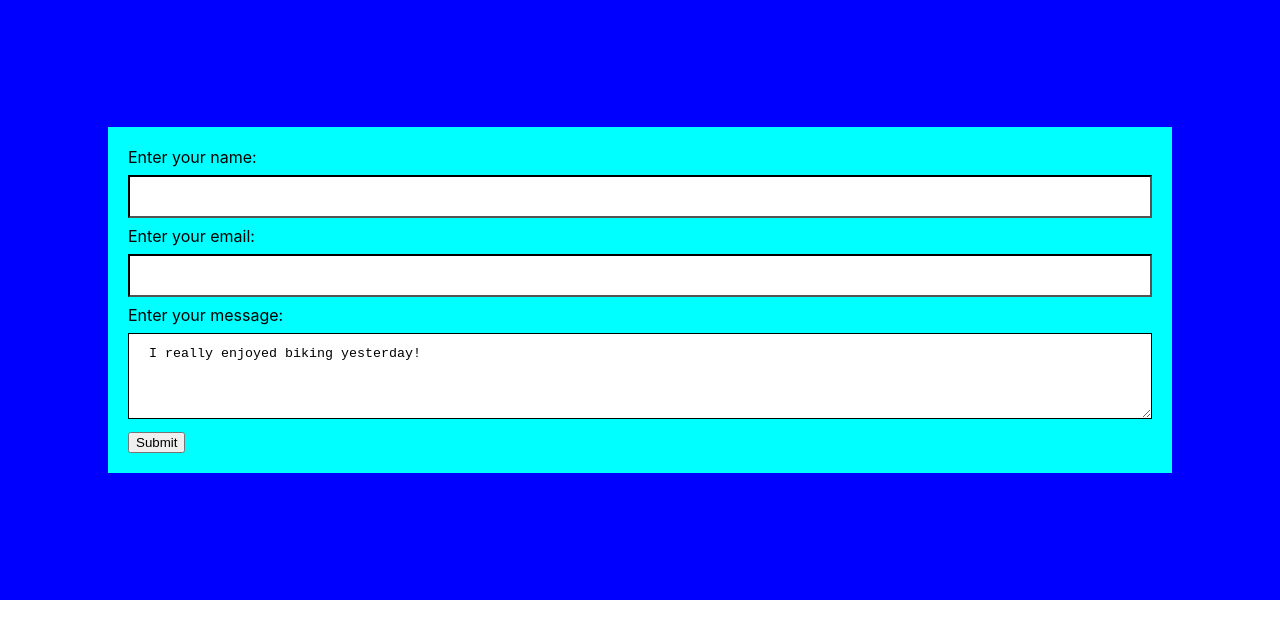
Repository: AddamVictorioDev/ProfileWebsite
Page: /form (app in con/)
These files come from the project's save history. The page is drawn as it stood at one moment and after the next save; the edit follows.
The browser window is 1280 px wide. The pictures show the whole page.
The project was rebuilt for these pictures with package versions that can differ from the ones it lists, and the page was loaded fresh each time. Also part of the build but not shown: con/src/App.css, con/src/home.css, con/src/home.js, con/src/addam.css, con/src/addam.js, con/src/usescripts.js, con/src/projects.js.

Above is the page before, as saved 2023-03-16 18:52:12.

### con/src/index.css
body {
  margin: 0;
  font-family: -apple-system, BlinkMacSystemFont, 'Segoe UI', 'Roboto', 'Oxygen',
    'Ubuntu', 'Cantarell', 'Fira Sans', 'Droid Sans', 'Helvetica Neue',
    sans-serif;
  -webkit-font-smoothing: antialiased;
  -moz-osx-font-smoothing: grayscale;
  /* background-image: url("/Users/addamvictorio/con/src/waterdropwallpp.jpg"); */
  /* background-color: #ffffff; */

}

code {
  font-family: source-code-pro, Menlo, Monaco, Consolas, 'Courier New',
    monospace;
}

### con/src/App.js
import logo from './logo.svg';
import './App.css';
import HomePage from './home';
import Addam from './addam';

import {
  BrowserRouter,
  Routes,
  Route
} from "react-router-dom";
import Projects from './projects';
import MyForm from './form';

function App() {

  return (

    <BrowserRouter>
      <Routes>


      <Route exact path="/" element={<Addam />}  />
      <Route path="projects" element={<Projects />} />
      <Route path="form" element={<MyForm />} />

      </Routes>


  </BrowserRouter>

  );
}

export default App;

### con/src/form.js
import { useState } from 'react';
import ReactDOM from 'react-dom/client';
import './form.css'

function MyForm() {
  const [inputs, setInputs] = useState({});
  const [textarea, setTextarea] = useState(
    "The content of a textarea goes in the value attribute"
  );

  const handleChange = (event) => {
    const name = event.target.name;
    const value = event.target.value;
    setInputs(values => ({...values, [name]: value}))
  }

  const handleSubmit = (event) => {
    event.preventDefault();
    alert(inputs);
  }

  return (
    <div className="center">
    <form onSubmit={handleSubmit}>
      <label>Enter your name:
      <input
        type="text"
        name="username"
        value={inputs.username || ""}
        onChange={handleChange}
      />
      </label>
      <label>Enter your email:
        <input
          type="text"
          name="age"
          value={inputs.age || ""}
          onChange={handleChange}
        />
        </label>
        <label>Enter your message:
        <textarea
        name="postContent"
        defaultValue="I really enjoyed biking yesterday!"
        rows={4}
        cols={40}
      />
        </label>

        <input type="submit" />
    </form>
    </div>
  )
}

export default MyForm;

### con/src/projects.css
.center{
    display: grid;
    justify-content: center;
    align-items: center;


}
.photo-grid {
    display: flex;
    height: 100%;

    border-radius: 10px;
    border-color: black;

    flex-wrap: wrap;
    justify-content: center;
    align-items: center;
    gap: 10px;
    background-color: blueviolet;
  }

  .photo-item {
    height: 100%;


    position: relative;




    overflow: auto;
  }

  img {
    width: 100%;
    height: 100%;


    object-fit: cover;
  }
  .img-text {
    position: absolute;
    width: 100%;
    bottom: 10px;

    color: white;
    background-color: rgb(199, 6, 6);
    padding: 10px;
  }

### con/src/form.css

.container{
    justify-content: center;
    align-items:center;
    background-color: aquamarine;
}

.center{
    display: grid;
    place-items: center;
    height: 600px;
    background-color: blue;

}


form{
    background-color: aqua;
    width: 80%;
    padding: 20px;
}

input[type=text] {
    width: 100%;
    padding: 12px 20px;
    margin: 8px 0;
border-color: black;
    box-sizing: border-box;
  }
  textarea{
    border-color: black;

    width: 100%;
    padding: 12px 20px;
    margin: 8px 0;
    box-sizing: border-box;
  }

Loaded but not shown: con/public/index.html (common file); con/src/index.js (common file); con/src/reportWebVitals.js (common file)

After the next save:
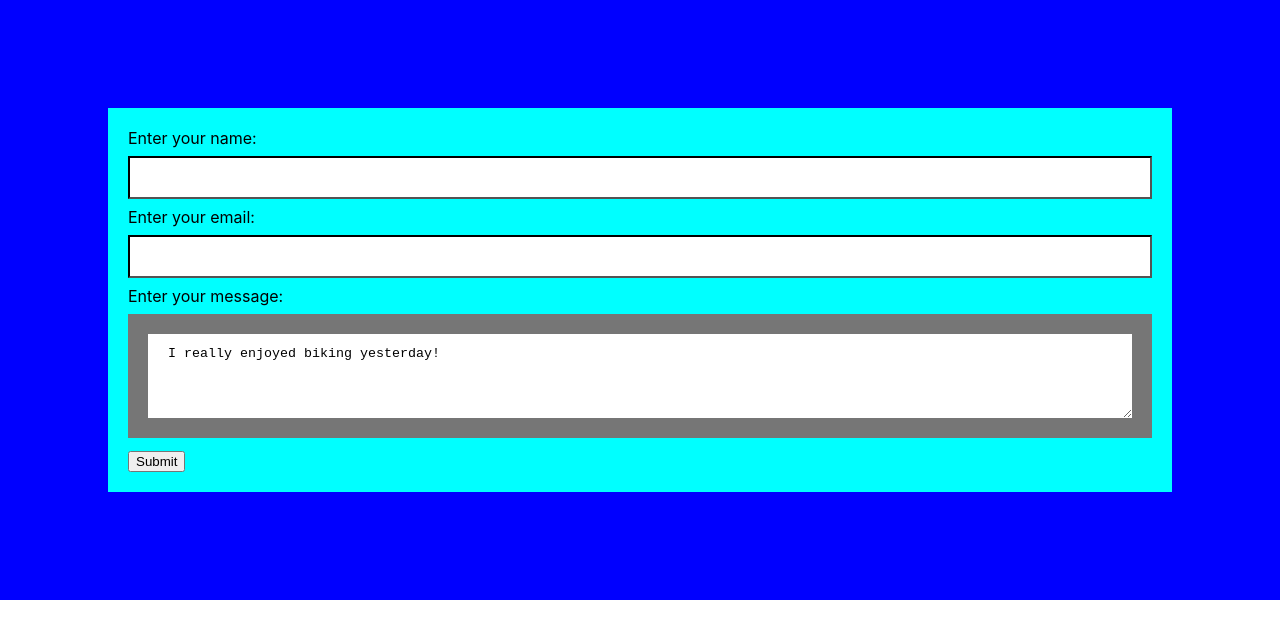
Saved 31 s later.
--- a/con/src/form.css
+++ b/con/src/form.css
@@ -28,10 +28,10 @@ border-color: black;
     box-sizing: border-box;
   }
   textarea{
-    border-color: black;
 
     width: 100%;
     padding: 12px 20px;
     margin: 8px 0;
     box-sizing: border-box;
+    border-width: 20px;
   }
